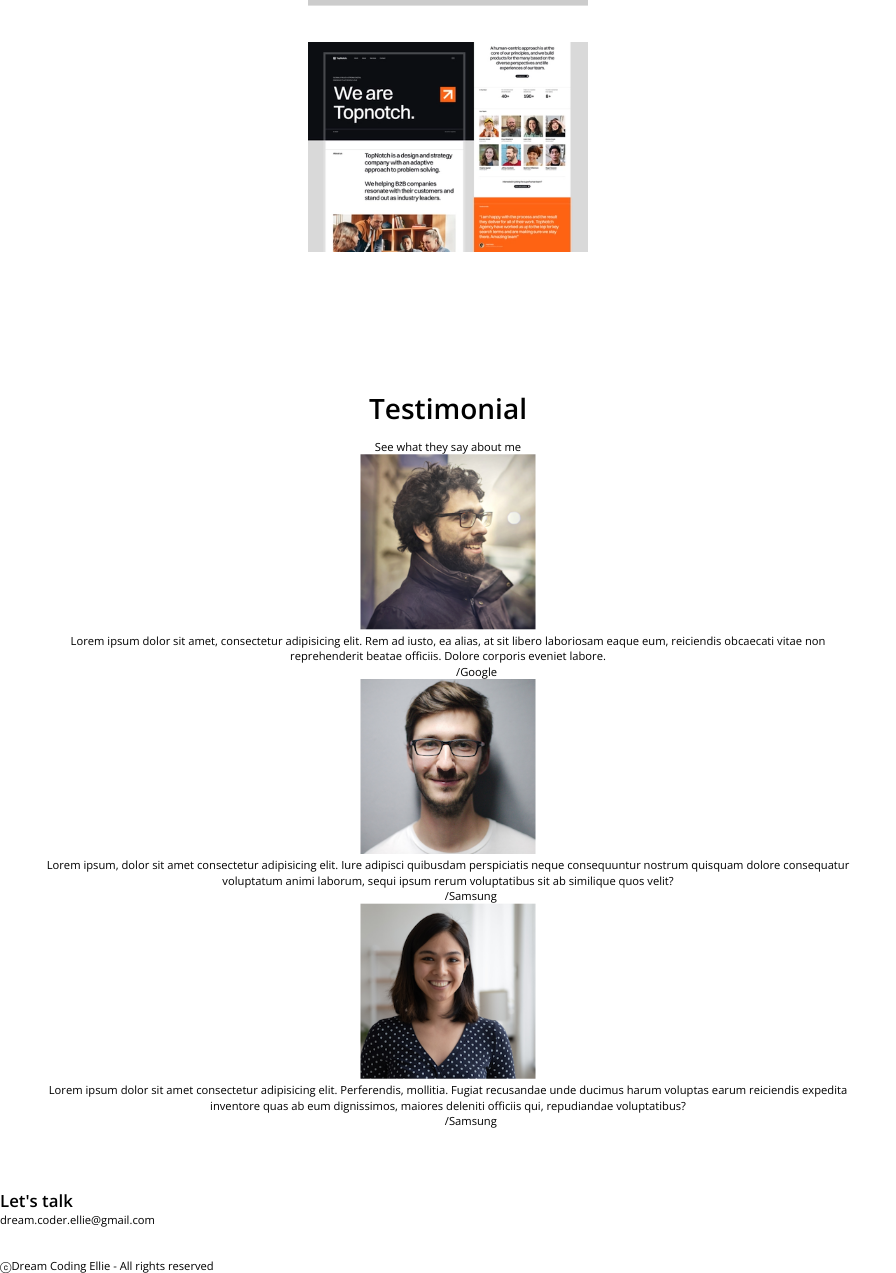
Repository: eggmoon/eggmoon_new
Page: index.html
These files come from the project's save history. The page is drawn as it stood at one moment and after the next save; the edit follows.
The browser window is 1280 px wide. The pictures show the part of the page from y = 4580 to 6500 px (the page is 6399 px tall before and 6527 px after), at 70% of full size.
Some web libraries are served in a nearby version.

Above is the page before, as saved 2025-02-26 11:20:53.

After the next save:
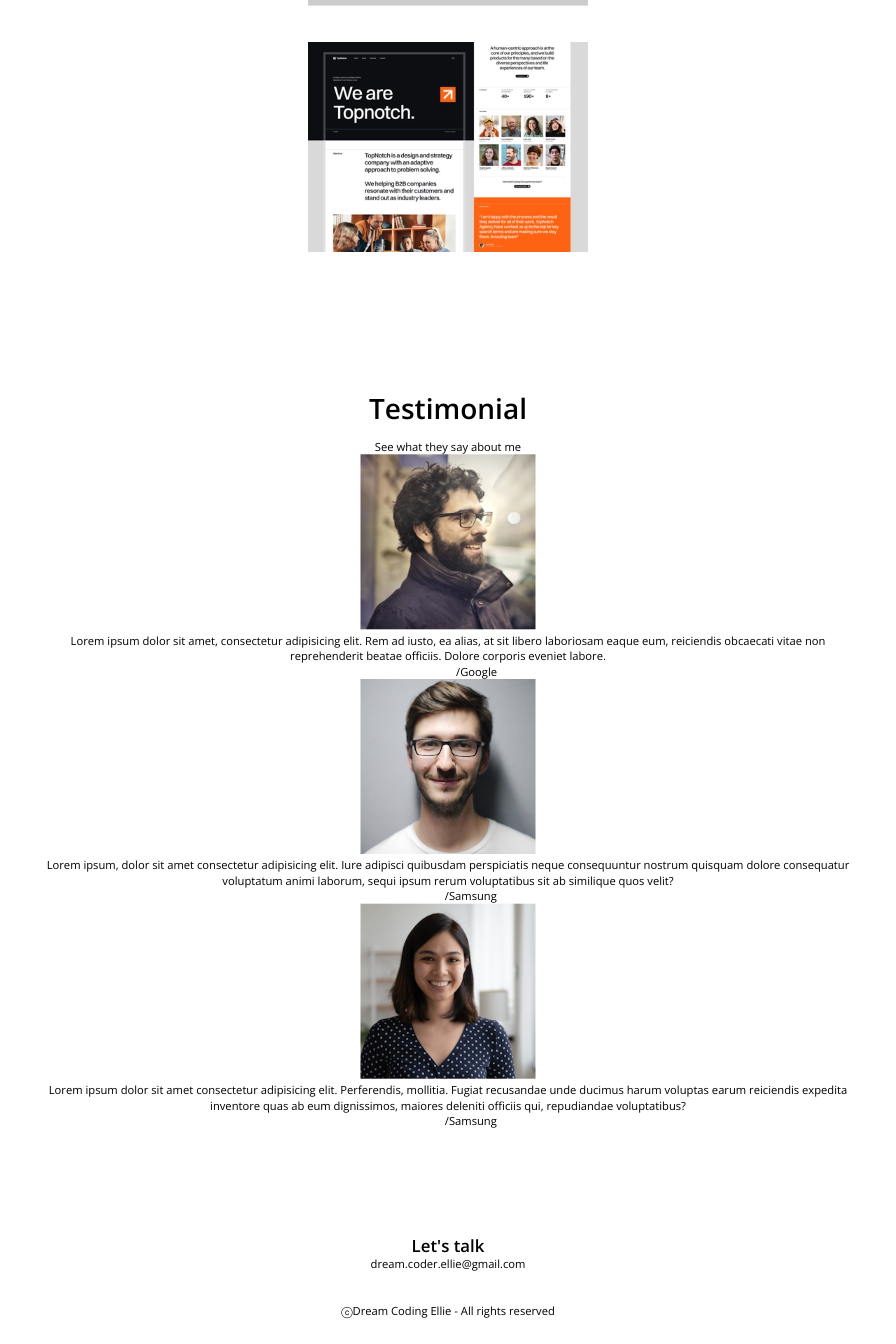
Saved 5 s later.
--- a/index.html
+++ b/index.html
@@ -307,7 +307,7 @@
       </aside>
     </main>
     <!-- Footer -->
-    <footer id="contact" class="sections">
+    <footer id="contact" class="section">
       <h2>Let&#39;s talk</h2>
       <p>dream.coder.ellie@gmail.com</p>
       <ul>
